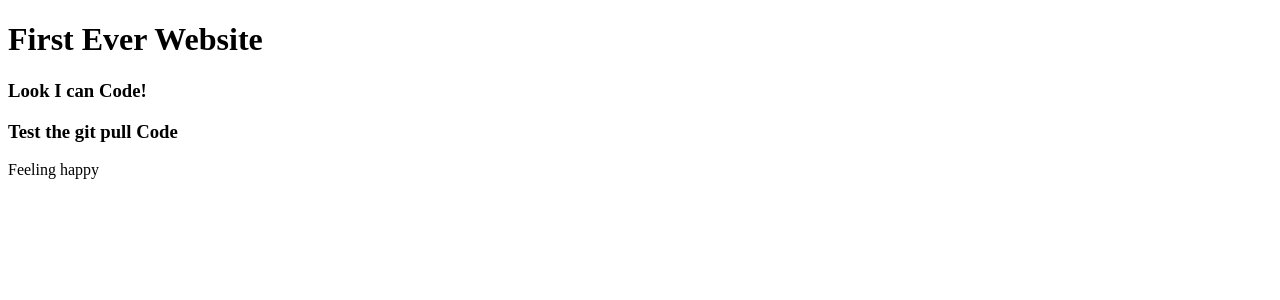
Repository: mohsinfarabi/first-website
Page: index.html
These files come from the project's save history. The page is drawn as it stood at one moment and after the next save; the edit follows.
The browser window is 1280 px wide. The pictures show the whole page.

Above is the page before, as saved 2020-06-28 19:58:11.

After the next save:
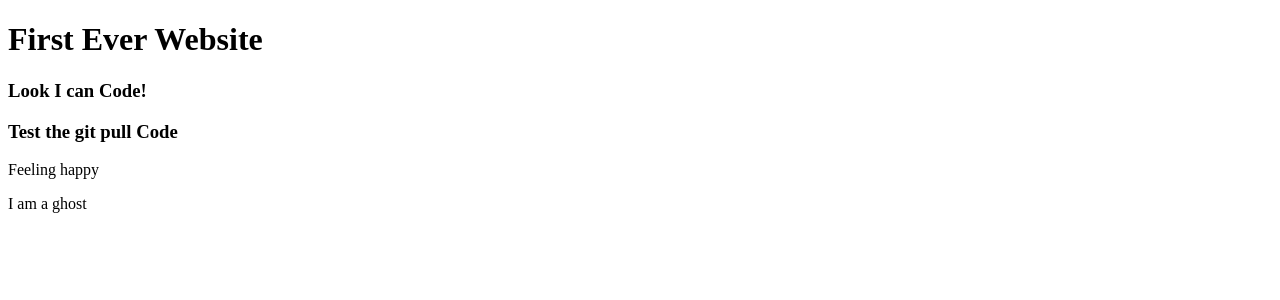
Saved 12 s later.
--- a/index.html
+++ b/index.html
@@ -12,6 +12,7 @@
     <h3>Look I can Code!</h3>
     <h3>Test the git pull Code</h3>
     <p>Feeling happy</p>
+    <p>I am a ghost</p>
 </body>
 
 </html>
